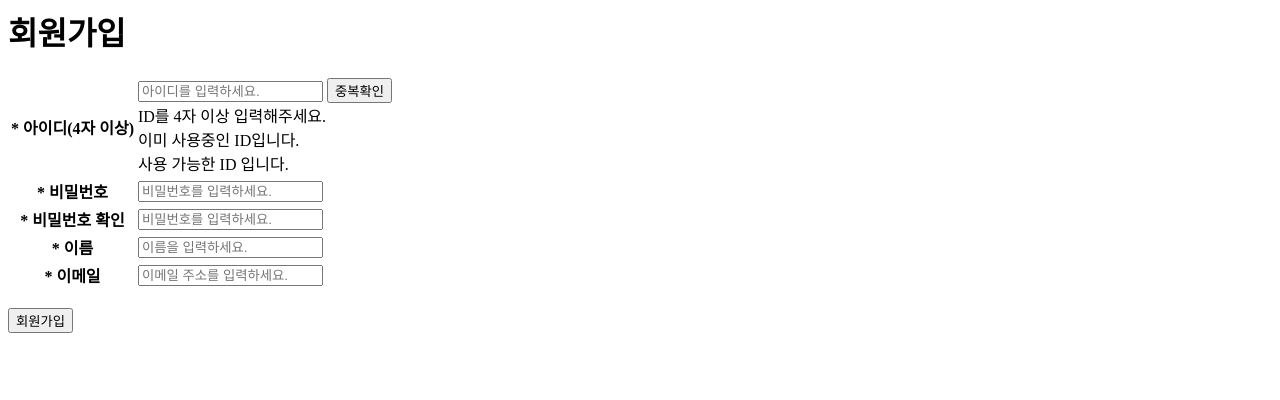
Repository: Wan7939/gotoDomang
Page: http://localhost/gotoDomang/WEB-INF/jsp/user/sign_up.jsp
An editor plug-in stored every save of this project. The page is shown before and after the next save, followed by the edit.
The browser window is 1280 px wide. The pictures show the whole page.
The page is served by Tomcat 9. Nobody is signed in. The template is opened directly, without the code that normally fills it, so the values that code supplies are empty.

Above is the page before, as saved 2021-10-18 12:16:20.
Console error: ReferenceError: $ is not defined

After the next save:
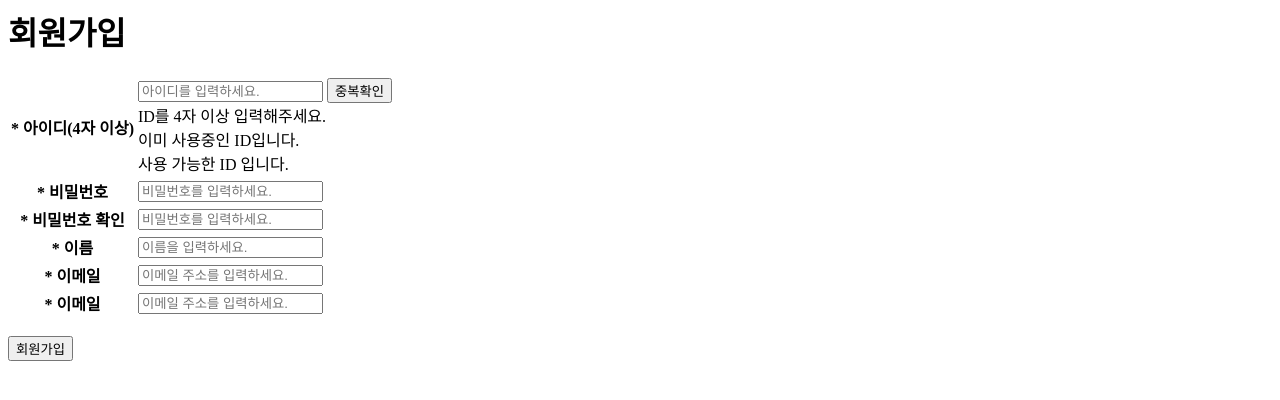
Saved 17 s later.
--- a/gotoDomang/src/main/webapp/WEB-INF/jsp/user/sign_up.jsp
+++ b/gotoDomang/src/main/webapp/WEB-INF/jsp/user/sign_up.jsp
@@ -36,6 +36,10 @@
 				<tr>
 					<th>* 이름</th>
 					<td><input type="text" id="name" name="name" class="form-control" placeholder="이름을 입력하세요."></td>
+				</tr>
+				<tr>
+					<th>* 이메일</th>
+					<td><input type="text" id="email" name="email" class="form-control" placeholder="이메일 주소를 입력하세요."></td>
 				</tr>
 				<tr>
 					<th>* 이메일</th>
